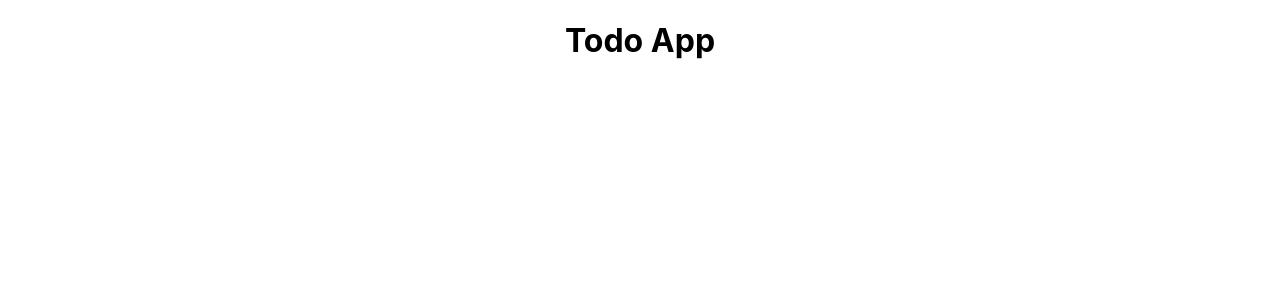
Repository: oboioz/SimpleTodoApp
Page: /todos (app in SimpleTodoAppFrontEnd/todo-app/)
These files come from the project's save history. The page is drawn as it stood at one moment and after the next save; the edit follows.
The browser window is 1280 px wide. The pictures show the whole page.
The project was rebuilt for these pictures with package versions that can differ from the ones it lists, and the page was loaded fresh each time. Also part of the build but not shown: SimpleTodoAppFrontEnd/todo-app/src/components/todo/Login/LoginStyle.css.

Above is the page before, as saved 2024-04-03 19:14:11.

### SimpleTodoAppFrontEnd/todo-app/src/App.js
import './App.css';
import TodoApp from './components/TodoApp';

function App() {
  return (
    <div className="App">
      <TodoApp />
    </div>
  )
}

export default App;

### SimpleTodoAppFrontEnd/todo-app/src/components/TodoApp.jsx
export default function TodoApp() {
    return (
        <div className="todo-app">
            <h1>Todo App</h1>
        </div>
    )
}

### SimpleTodoAppFrontEnd/todo-app/src/components/todo/Login/LoginComponent.jsx
import './LoginStyle.css';

function LoginComponent() {

    return (
        <div className="Login">
            <h1>Login</h1>
            <div className="LoginForm">
                <div>
                    <label>User Name</label>
                    <input type="text" name="username" />
                </div>
                <div>
                    <label>Password</label>
                    <input type="password" name="password" />
                </div>

                <button type="button" name="login">Login</button>
            </div>


        </div>

    )

}

export default LoginComponent;

Loaded but not shown: SimpleTodoAppFrontEnd/todo-app/public/index.html (common file); SimpleTodoAppFrontEnd/todo-app/src/index.js (common file); SimpleTodoAppFrontEnd/todo-app/src/index.css (common file); SimpleTodoAppFrontEnd/todo-app/src/reportWebVitals.js (common file); SimpleTodoAppFrontEnd/todo-app/src/App.css (common file)

After the next save:
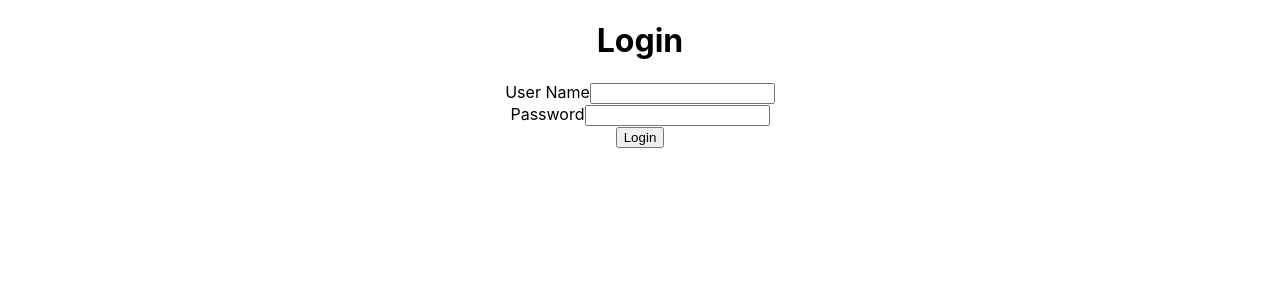
Saved 39 s later.
--- a/SimpleTodoAppFrontEnd/todo-app/src/components/TodoApp.jsx
+++ b/SimpleTodoAppFrontEnd/todo-app/src/components/TodoApp.jsx
@@ -1,7 +1,9 @@
+import LoginComponent from "./todo/Login/LoginComponent";
+
 export default function TodoApp() {
     return (
         <div className="todo-app">
-            <h1>Todo App</h1>
+            <LoginComponent />
         </div>
     )
 }
